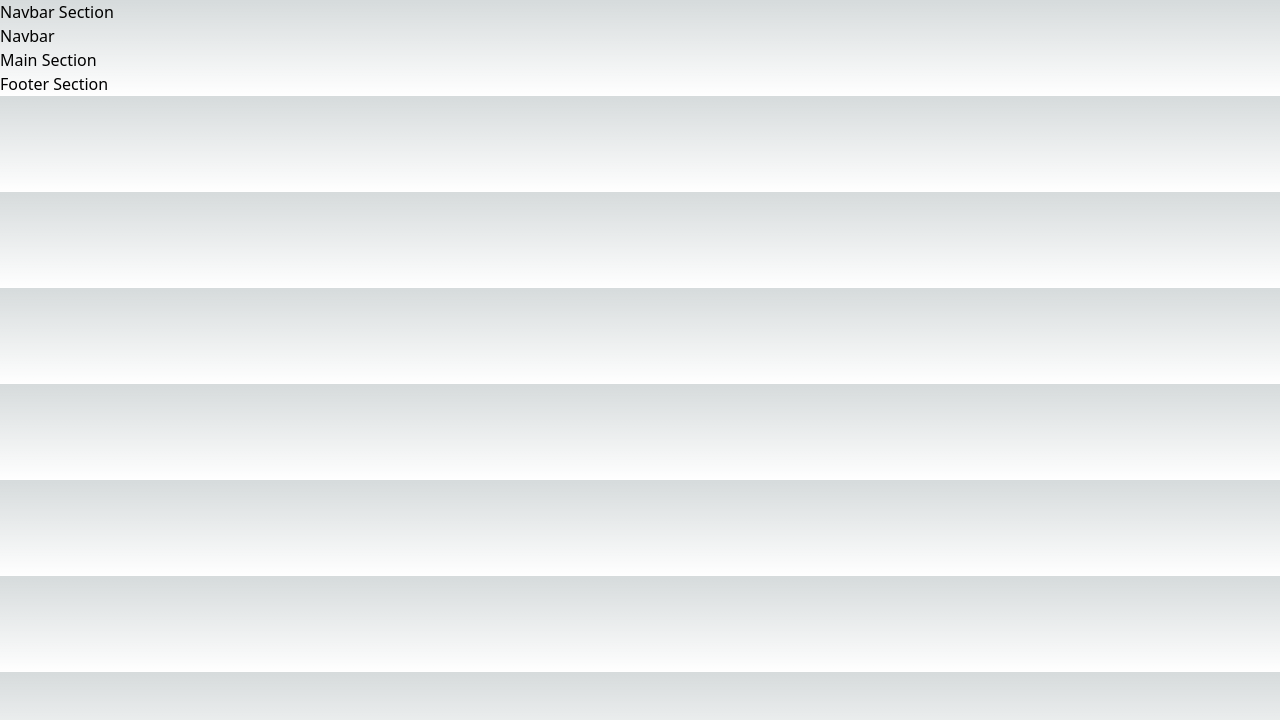
Repository: Radiant690/majorproject
Page: /
An editor plug-in stored every save of this project. The page is shown before and after the next save, followed by the edit.
The browser window is 1280 px wide. The pictures show the whole page.
The project was rebuilt for these pictures with package versions that can differ from the ones it lists, and the page was loaded fresh each time. The framework's server and built-in components were replaced by stand-ins that run in the browser. Also part of the build but not shown: next.config.js.

Above is the page before, as saved 2023-04-08 02:41:59.

### src/pages/index.tsx
// ! Home page -> Consists of index route with mappings to other routes {AboutUs, ContactUs, Programs ...}

export default function Home() {
  return (
    <>
      <h1>Navbar Section</h1>
      <h1>Navbar</h1>
      <h1>Main Section</h1>
      <h1>Footer Section</h1>
    </>
  );
}

Loaded but not shown: src/pages/_app.tsx (common file); src/pages/_document.tsx (common file); src/styles/globals.css (common file); tailwind.config.js (common file)

After the next save:
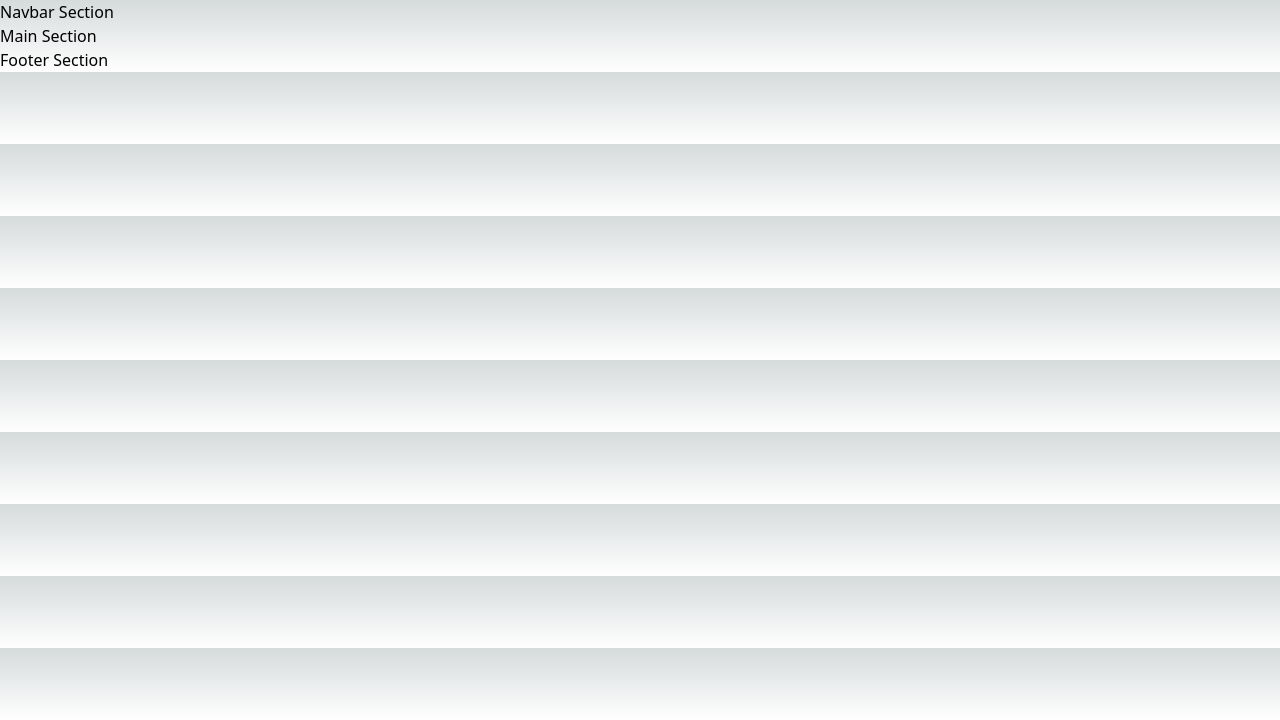
Saved 4 s later.
--- a/src/pages/index.tsx
+++ b/src/pages/index.tsx
@@ -4,7 +4,6 @@ export default function Home() {
   return (
     <>
       <h1>Navbar Section</h1>
-      <h1>Navbar</h1>
       <h1>Main Section</h1>
       <h1>Footer Section</h1>
     </>
